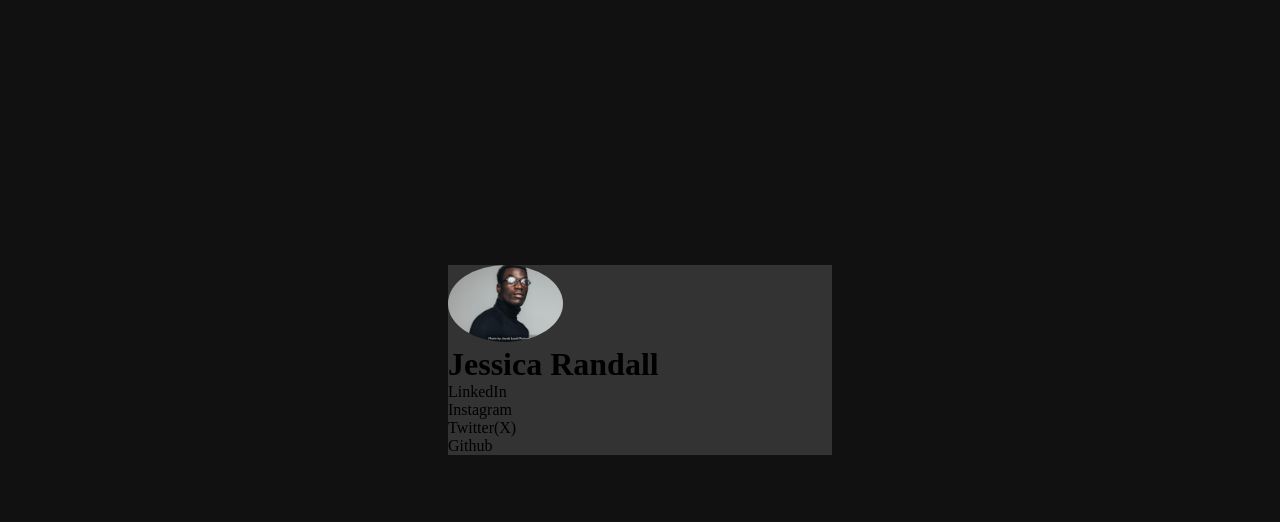
Repository: russel-success/Xcode-TASK-1
Page: index.html
The author's editor kept a copy of each file at every save. The page is drawn from the files as they stood at one save, then again after the next save.
The browser window is 1280 px wide. The pictures show the whole page.

Above is the page before, as saved 2024-04-29 01:04:11.

### index.html
<!DOCTYPE html>
<html lang="en">
<head>
    <meta charset="UTF-8">
    <meta name="viewport" content="width=device-width, initial-scale=1.0">
    <title>Profile Card</title>
    <link rel="stylesheet" href="styles/styles.css">
</head>
<body>
    <div class="container">
        <div class="profile-container">
           <img src="assets/np_Man staring away on gray background_0VPZY4_free.jpg" alt="" class="profile-image">
            <h1>Jessica Randall</h1>
            <div class="socials">
                <text>LinkedIn</text>
            </div>
            <div class="socials">
                <text>Instagram</text>
            </div>
            <div class="socials">
                <text>Twitter(X)</text>
            </div>
            <div class="socials">
                <text>Github</text>
            </div>
        </div>
    </div>
</body>
</html>

### styles/styles.css
*{
    padding:0;
    margin:0;
}
.container{
    width:100%;
    height:100vh;
    background-color:#111;
    display:flex;
    align-items:center;
    justify-content: center;
}
.profile-container{
    background-color:#333;
    width:30%;
    background-size: contain;
    box-sizing:border-box;
}

.profile-image{
    object-fit: contain;
    width:30%;
    height:30%;
    border-radius:50%;
}

After the next save:
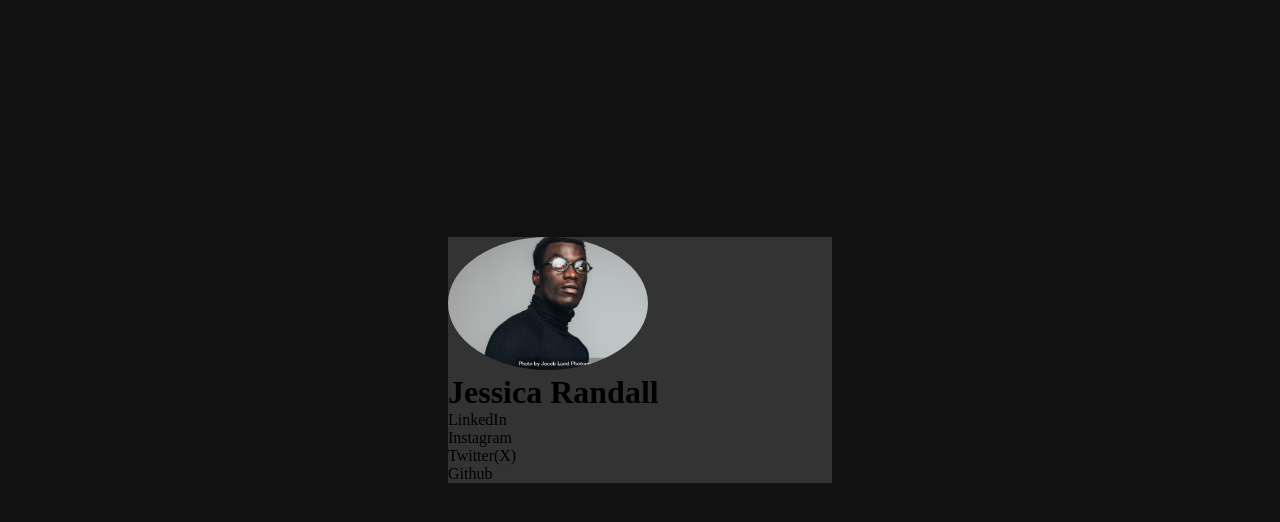
Saved 13 s later.
--- a/styles/styles.css
+++ b/styles/styles.css
@@ -19,7 +19,7 @@
 
 .profile-image{
     object-fit: contain;
-    width:30%;
+    width:200px;
     height:30%;
     border-radius:50%;
 }
